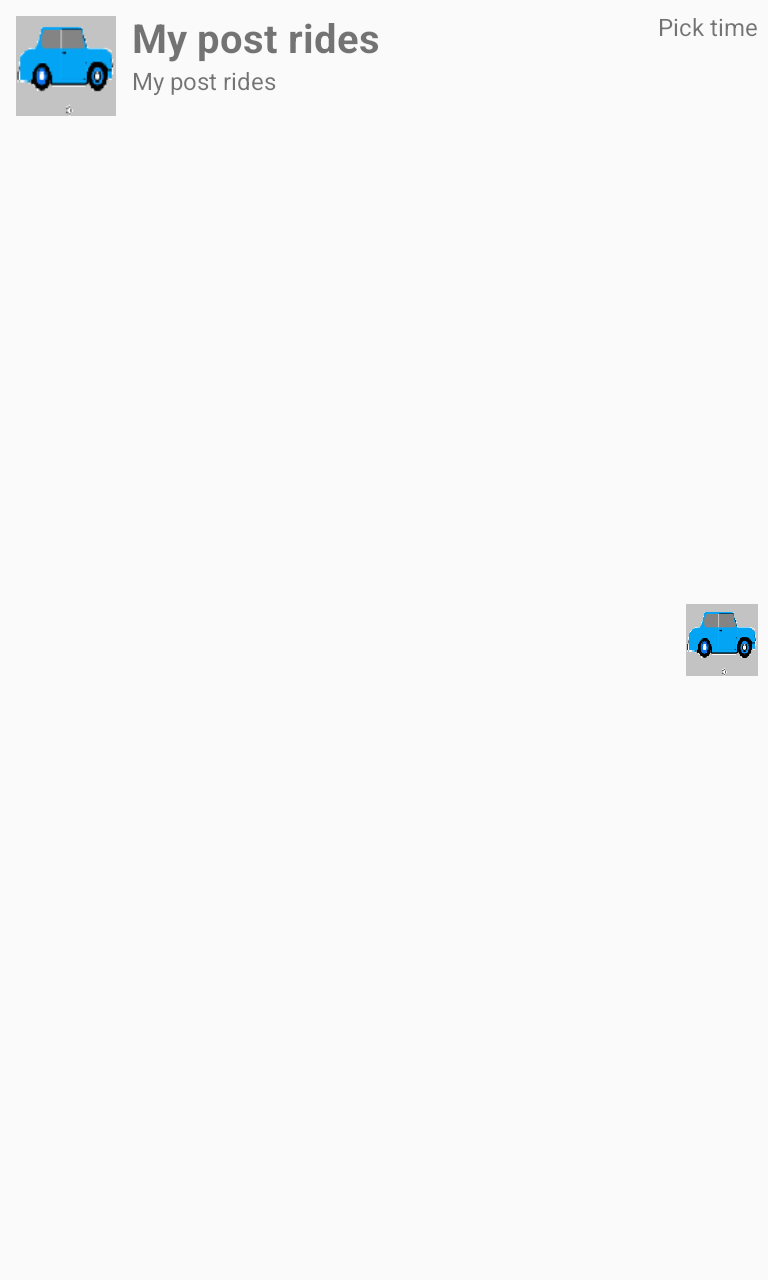
Repository: bwoldemi/LilyTrans
Layout: TransLily/res/layout/ask_ride_list_view.xml
An editor plug-in stored every save of this project. The layout is shown before and after the next save, followed by the edit.
It is drawn on a 768 x 1280 px phone screen (xhdpi) without system bars, with theme AppTheme; the app's code is not run.

Above is the layout before, as saved 2014-11-08 13:17:33.

### TransLily/res/layout/ask_ride_list_view.xml
<?xml version="1.0" encoding="utf-8"?>
<RelativeLayout xmlns:android="http://schemas.android.com/apk/res/android"
    android:layout_width="match_parent"
    android:layout_height="wrap_content"
    android:padding="5dp" >

    <LinearLayout
        android:id="@+id/thumbnail"
        android:layout_width="wrap_content"
        android:layout_height="wrap_content"
        android:layout_alignParentLeft="true"
        android:layout_marginRight="5dip"
        android:padding="3dip" >

        <ImageView
            android:id="@+id/list_image"
            android:layout_width="50dip"
            android:layout_height="50dip"
            android:contentDescription="@string/lily"
            android:src="@drawable/ic_launcher" />
    </LinearLayout>

    <TextView
        android:id="@+id/starting_destination_point_tv_ask"
        android:layout_width="wrap_content"
        android:layout_height="wrap_content"
        android:layout_alignTop="@+id/thumbnail"
        android:layout_toRightOf="@+id/thumbnail"
        android:text="@string/My_Post_rides"
        android:textSize="20sp"
        android:textStyle="bold"
        android:typeface="sans" />

    <TextView
        android:id="@+id/service_group_tv"
        android:layout_width="wrap_content"
        android:layout_height="wrap_content"
        android:layout_below="@+id/starting_destination_point_tv_ask"
        android:layout_toRightOf="@+id/thumbnail"
        android:text="@string/My_Post_rides"
        android:textSize="12sp" />

    <TextView
        android:id="@+id/picking_time_tv"
        android:layout_width="wrap_content"
        android:layout_height="wrap_content"
        android:layout_alignParentRight="true"
        android:layout_alignTop="@+id/starting_destination_point_tv_ask"
        android:text="@string/pick_time"
        android:textSize="12sp" />

    <ImageView
        android:layout_width="wrap_content"
        android:layout_height="wrap_content"
        android:layout_alignParentRight="true"
        android:layout_centerVertical="true"
        android:src="@drawable/ic_launcher" />

</RelativeLayout>

### TransLily/res/values/strings.xml
<?xml version="1.0" encoding="utf-8"?>
<resources>

    <string name="app_name">TransLily</string>
    <string name="hello_world">Hello world!</string>
    <string name="action_settings">Settings</string>
    <string name="lily">LILY Transportation </string>
    <string name="from">From: </string>
    <string name="starting_location">Enter starting point</string>
    <string name="destination_point">To: </string>
    <string name="ending_location">Enter your destination</string>
    <string name="senior_name"> Name: </string>
    <string name="typein_name"> Enter your full name here</string>
    <string name="contact_info"> Phone Number: </string>
    <string name="phone_number"> e.g 0458749818 </string>
    <string name="button_askride"> Search rides</string>
    <string name="button_offerride"> Offer ride</string>
    <string name="pick_time"> Pick time </string>
    <string name="pick_date"> Pick date </string>
    <string name="title_activity_ask_ride">AskRideActivity</string>
    <string name="title_activity_booked_ride">BookedRideActivity</string>
    <string name="show_my_booked_rides">Show my booked rides</string>
    <string name="title_activity_post_ride">PostRideActivity</string>
    <string name="search_ride">Search ride </string>
    <string name="post_ride">Post ride </string>
    <string name="My_request_rides">My request rides </string>
    <string name="My_Post_rides">My post rides</string>
    <string name="welcome_message">Welcome To Lily Transport </string>
    <string name="service_provider">Service provider </string>
    <string name="taxi_id">Taxi id/ Name</string>
    <string name="starting_point">Starting point</string>
    <string name="destination"> Destination </string>
    <string name="date"> Date </string>
    <string name="number_of_person">Number of Person</string>
    <string name="comment">Comment </string>
    <string name="title_activity_my_post_rides">MyPostRides</string>
    <string name="title_activity_reserved_post_rides">ReservedPostRides</string>
    <string name="cancel">Cancel</string>
    <string name="approve">Approve</string>
    <string name="save">Save</string>
    <string name="please_enter_name_phone"> Please eneter your name and phonenumber</string>
    <string name="full_name">Full Name</string>
    <string name="com.lily.pre">com.lily.pre</string>
    <string name="save_changes">Save Changes</string>
    <string name="change_your_data">Change your data</string>

    <color name="text_color">#FFF</color>
    <color name="background">#669900</color>

    <string name="title_activity_basic_info">BasicInfoActivity</string>
    <string name="title_activity_setting">Setting</string>

</resources>

Loaded but not shown: TransLily/res/values/styles.xml (common file); TransLily/res/values-v11/styles.xml (common file); TransLily/res/values-v14/styles.xml (common file)

After the next save:
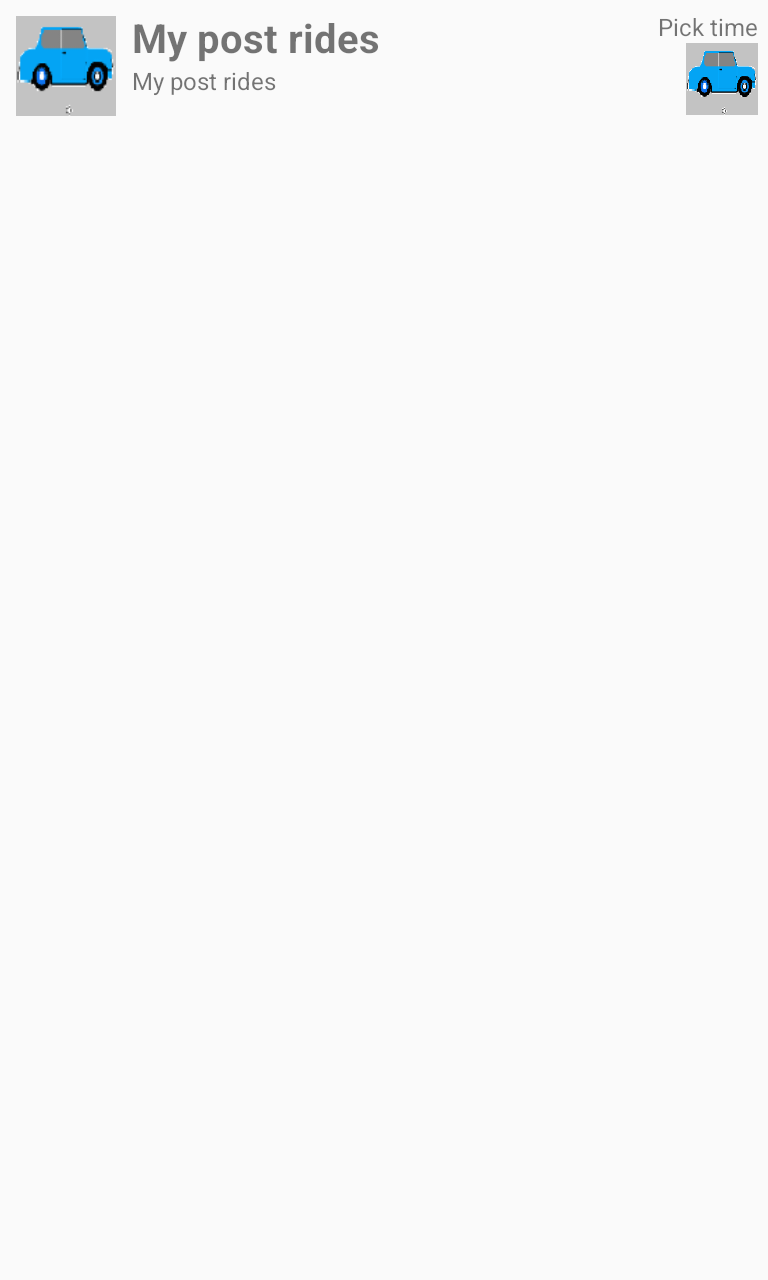
Saved 59 s later.
--- a/TransLily/res/layout/ask_ride_list_view.xml
+++ b/TransLily/res/layout/ask_ride_list_view.xml
@@ -53,7 +53,8 @@
         android:layout_width="wrap_content"
         android:layout_height="wrap_content"
         android:layout_alignParentRight="true"
-        android:layout_centerVertical="true"
-        android:src="@drawable/ic_launcher" />
+        android:layout_below="@+id/picking_time_tv"
+        android:src="@drawable/ic_launcher"
+        android:contentDescription="@string/lily"/>
 
 </RelativeLayout>
